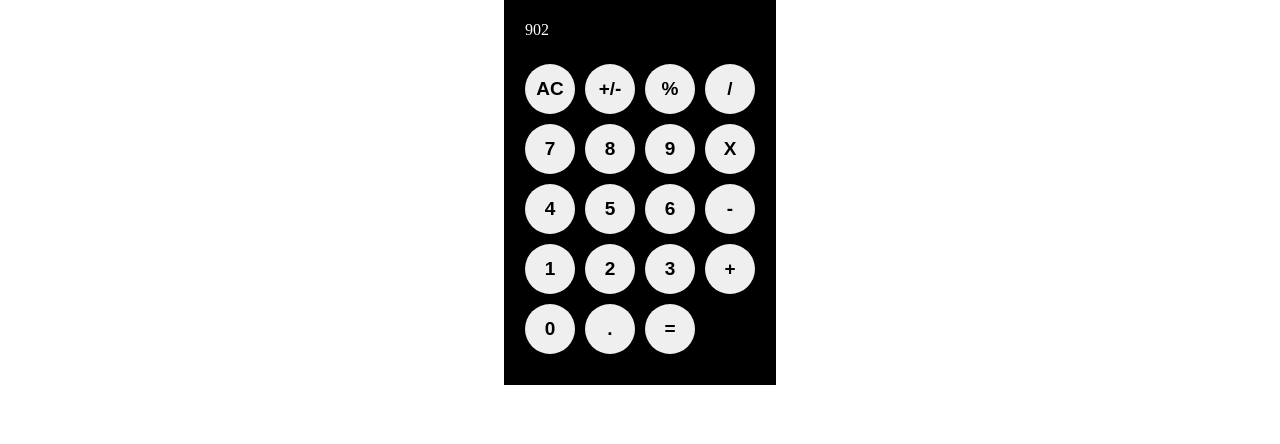
Repository: dmpelaez/calculator
Page: Calculator.html
An editor plug-in stored every save of this project. The page is shown before and after the next save, followed by the edit.
The browser window is 1280 px wide. The pictures show the whole page.

Above is the page before, as saved 2025-12-15 19:59:04.

### Calculator.html
<!DOCTYPE html>

  <html>
    <head>

      <title>Calculator</title>

      <!--CSS-->
      <link rel="stylesheet" href="Calculator.css">

    </head>
    <body>
      <!--Container-->
      <main class="container">

        <!--Sections-->
        <section class="Section">

          <!--Input section-->
          <div class="inputSection">902</div>

          <!--Btns section-->
          <div class="btnSection">
            <button class="btn cancel">AC</button>
            <button class="btn signs">+/-</button>
            <button class="btn rmnder">%</button>
            <button class="btn divide">/</button>
            <button class="btn seven">7</button>
            <button class="btn eight">8</button>
            <button class="btn nine">9</button>
            <button class="btn times">X</button>
            <button class="btn four">4</button>
            <button class="btn five">5</button>
            <button class="btn six">6</button>
            <button class="btn minus">-</button>
            <button class="btn one">1</button>
            <button class="btn two">2</button>
            <button class="btn three">3</button>
            <button class="btn plus">+</button>
            <button class="btn zero">0</button>
            <button class="btn dot">.</button>
            <button class="btn equal">=</button>
          </div>
        </section>


      </main>

      <script src="Calculator.js"></script>
    </body>

  </html>

### Calculator.css
body {
  margin: 0;
  padding: 0;
  box-sizing: border-box;
  display: flex;
  align-items: center;
  justify-content: center;

}

.Section {
display: flex;
flex-direction: column;
border: 1px solid black;

gap: 20px;
background: black;
}
.inputSection {
  color: white;
  padding: 20px;
  padding-bottom: 0px;
}
.btnSection {
  display: grid;
  grid-template-columns: 1fr 1fr 1fr 1fr;
  padding: 20px;
  gap: 10px;
  padding-top: 5px;
}
.btn {
  border: none;
  height: 50px;
  width: 50px;
  border-radius: 50%;
  font-weight: bold;
  Font-size: 19px;
}
.zero {
  grid-row: 5 / 2 span;
}

Loaded but not shown: Calculator.js (no stored copy; drawn as an empty file)

After the next save:
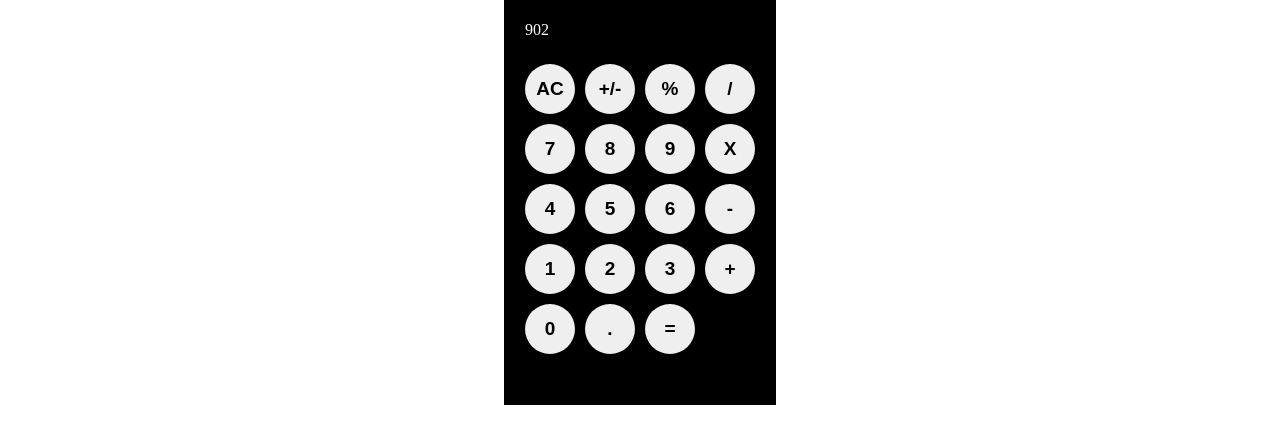
Saved 27 s later.
--- a/Calculator.css
+++ b/Calculator.css
@@ -37,5 +37,5 @@ background: black;
   Font-size: 19px;
 }
 .zero {
-  grid-row: 5 / 2 span;
+  grid-row: 5 / 4 span;
 }
